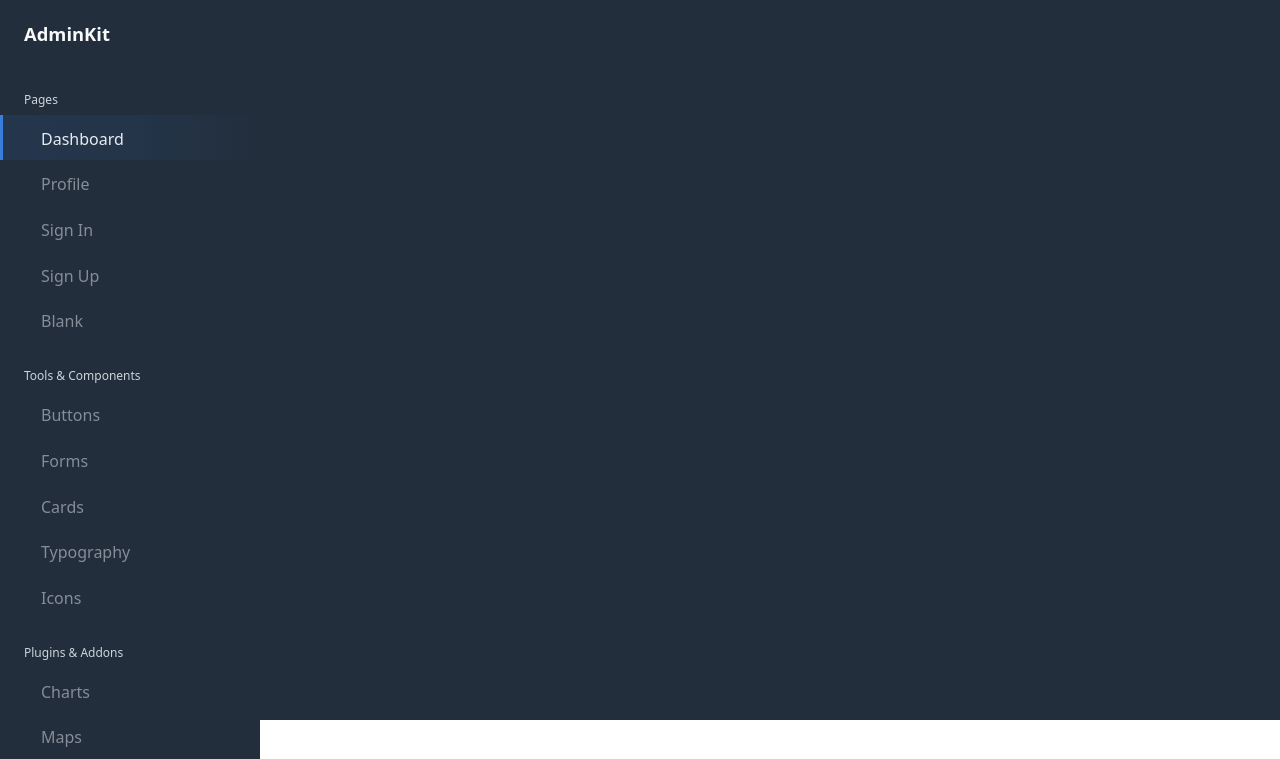
Repository: nick2price2003/rr-app
Page: /
The author's editor kept a copy of each file at every save. The page is drawn from the files as they stood at one save, then again after the next save.
The browser window is 1280 px wide. The pictures show the whole page.
The project was rebuilt for these pictures with package versions that can differ from the ones it lists, and the page was loaded fresh each time. The framework's server and built-in components were replaced by stand-ins that run in the browser. Also part of the build but not shown: next.config.js.

Above is the page before, as saved 2022-10-11 12:50:48.

After the next save:
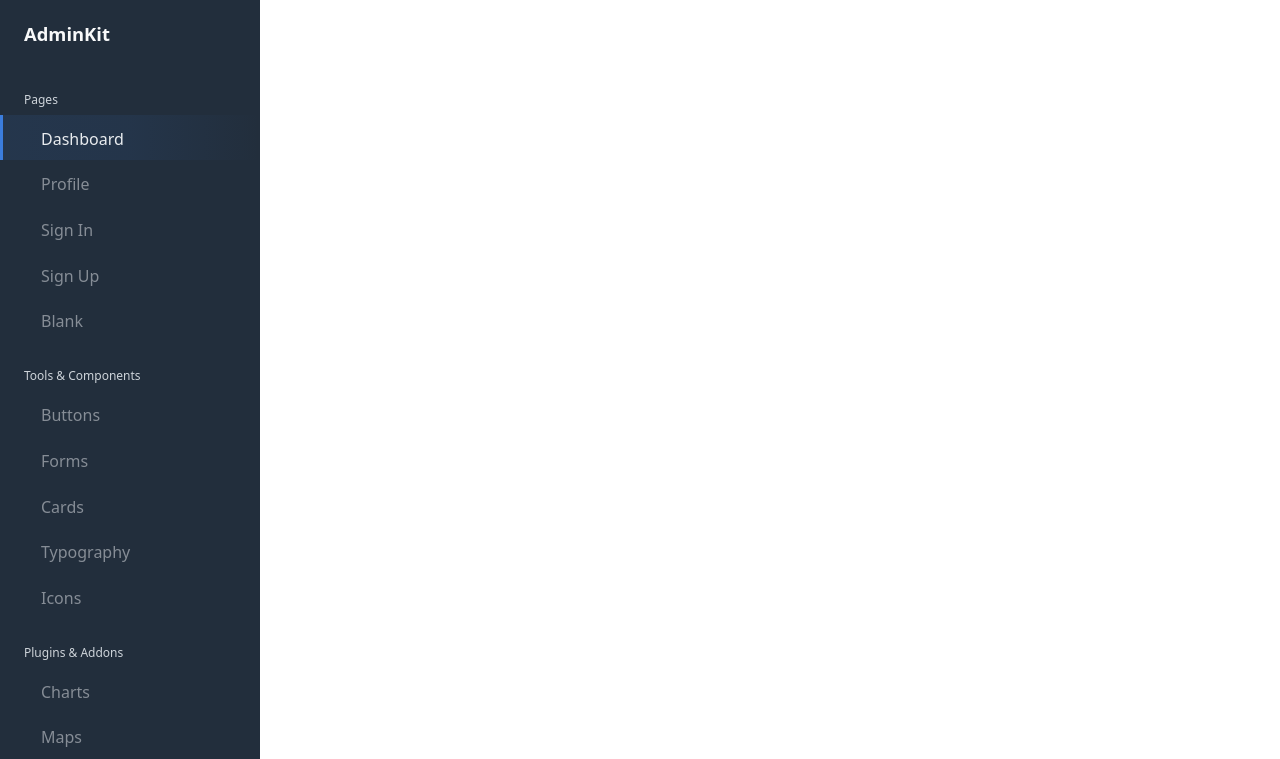
Saved 18 s later.
--- a/pages/index.js
+++ b/pages/index.js
@@ -9,101 +9,101 @@ export default function Home() {
         <link rel='icon' href='/favicon.ico' />
       </Head>
 
-      <div className='wrapper'>
-        <nav id='sidebar' class='sidebar js-sidebar'>
-          <div class='sidebar-content js-simplebar'>
-            <a class='sidebar-brand' href='index.html'>
-              <span class='align-middle'>AdminKit</span>
+      <div classNameName='wrapper'>
+        <nav id='sidebar' className='sidebar js-sidebar'>
+          <div className='sidebar-content js-simplebar'>
+            <a className='sidebar-brand' href='index.html'>
+              <span className='align-middle'>AdminKit</span>
             </a>
 
-            <ul class='sidebar-nav'>
-              <li class='sidebar-header'>Pages</li>
+            <ul className='sidebar-nav'>
+              <li className='sidebar-header'>Pages</li>
 
-              <li class='sidebar-item active'>
-                <a class='sidebar-link' href='index.html'>
-                  <i class='align-middle' data-feather='sliders'></i>{" "}
-                  <span class='align-middle'>Dashboard</span>
+              <li className='sidebar-item active'>
+                <a className='sidebar-link' href='index.html'>
+                  <i className='align-middle' data-feather='sliders'></i>{" "}
+                  <span className='align-middle'>Dashboard</span>
                 </a>
               </li>
 
-              <li class='sidebar-item'>
-                <a class='sidebar-link' href='pages-profile.html'>
-                  <i class='align-middle' data-feather='user'></i>{" "}
-                  <span class='align-middle'>Profile</span>
+              <li className='sidebar-item'>
+                <a className='sidebar-link' href='pages-profile.html'>
+                  <i className='align-middle' data-feather='user'></i>{" "}
+                  <span className='align-middle'>Profile</span>
                 </a>
               </li>
 
-              <li class='sidebar-item'>
-                <a class='sidebar-link' href='pages-sign-in.html'>
-                  <i class='align-middle' data-feather='log-in'></i>{" "}
-                  <span class='align-middle'>Sign In</span>
+              <li className='sidebar-item'>
+                <a className='sidebar-link' href='pages-sign-in.html'>
+                  <i className='align-middle' data-feather='log-in'></i>{" "}
+                  <span className='align-middle'>Sign In</span>
                 </a>
               </li>
 
-              <li class='sidebar-item'>
-                <a class='sidebar-link' href='pages-sign-up.html'>
-                  <i class='align-middle' data-feather='user-plus'></i>{" "}
-                  <span class='align-middle'>Sign Up</span>
+              <li className='sidebar-item'>
+                <a className='sidebar-link' href='pages-sign-up.html'>
+                  <i className='align-middle' data-feather='user-plus'></i>{" "}
+                  <span className='align-middle'>Sign Up</span>
                 </a>
               </li>
 
-              <li class='sidebar-item'>
-                <a class='sidebar-link' href='pages-blank.html'>
-                  <i class='align-middle' data-feather='book'></i>{" "}
-                  <span class='align-middle'>Blank</span>
+              <li className='sidebar-item'>
+                <a className='sidebar-link' href='pages-blank.html'>
+                  <i className='align-middle' data-feather='book'></i>{" "}
+                  <span className='align-middle'>Blank</span>
                 </a>
               </li>
 
-              <li class='sidebar-header'>Tools & Components</li>
+              <li className='sidebar-header'>Tools & Components</li>
 
-              <li class='sidebar-item'>
-                <a class='sidebar-link' href='ui-buttons.html'>
-                  <i class='align-middle' data-feather='square'></i>{" "}
-                  <span class='align-middle'>Buttons</span>
+              <li className='sidebar-item'>
+                <a className='sidebar-link' href='ui-buttons.html'>
+                  <i className='align-middle' data-feather='square'></i>{" "}
+                  <span className='align-middle'>Buttons</span>
                 </a>
               </li>
 
-              <li class='sidebar-item'>
-                <a class='sidebar-link' href='ui-forms.html'>
-                  <i class='align-middle' data-feather='check-square'></i>{" "}
-                  <span class='align-middle'>Forms</span>
+              <li className='sidebar-item'>
+                <a className='sidebar-link' href='ui-forms.html'>
+                  <i className='align-middle' data-feather='check-square'></i>{" "}
+                  <span className='align-middle'>Forms</span>
                 </a>
               </li>
 
-              <li class='sidebar-item'>
-                <a class='sidebar-link' href='ui-cards.html'>
-                  <i class='align-middle' data-feather='grid'></i>{" "}
-                  <span class='align-middle'>Cards</span>
+              <li className='sidebar-item'>
+                <a className='sidebar-link' href='ui-cards.html'>
+                  <i className='align-middle' data-feather='grid'></i>{" "}
+                  <span className='align-middle'>Cards</span>
                 </a>
               </li>
 
-              <li class='sidebar-item'>
-                <a class='sidebar-link' href='ui-typography.html'>
-                  <i class='align-middle' data-feather='align-left'></i>{" "}
-                  <span class='align-middle'>Typography</span>
+              <li className='sidebar-item'>
+                <a className='sidebar-link' href='ui-typography.html'>
+                  <i className='align-middle' data-feather='align-left'></i>{" "}
+                  <span className='align-middle'>Typography</span>
                 </a>
               </li>
 
-              <li class='sidebar-item'>
-                <a class='sidebar-link' href='icons-feather.html'>
-                  <i class='align-middle' data-feather='coffee'></i>{" "}
-                  <span class='align-middle'>Icons</span>
+              <li className='sidebar-item'>
+                <a className='sidebar-link' href='icons-feather.html'>
+                  <i className='align-middle' data-feather='coffee'></i>{" "}
+                  <span className='align-middle'>Icons</span>
                 </a>
               </li>
 
-              <li class='sidebar-header'>Plugins & Addons</li>
+              <li className='sidebar-header'>Plugins & Addons</li>
 
-              <li class='sidebar-item'>
-                <a class='sidebar-link' href='charts-chartjs.html'>
-                  <i class='align-middle' data-feather='bar-chart-2'></i>{" "}
-                  <span class='align-middle'>Charts</span>
+              <li className='sidebar-item'>
+                <a className='sidebar-link' href='charts-chartjs.html'>
+                  <i className='align-middle' data-feather='bar-chart-2'></i>{" "}
+                  <span className='align-middle'>Charts</span>
                 </a>
               </li>
 
-              <li class='sidebar-item'>
-                <a class='sidebar-link' href='maps-google.html'>
-                  <i class='align-middle' data-feather='map'></i>{" "}
-                  <span class='align-middle'>Maps</span>
+              <li className='sidebar-item'>
+                <a className='sidebar-link' href='maps-google.html'>
+                  <i className='align-middle' data-feather='map'></i>{" "}
+                  <span className='align-middle'>Maps</span>
                 </a>
               </li>
             </ul>
